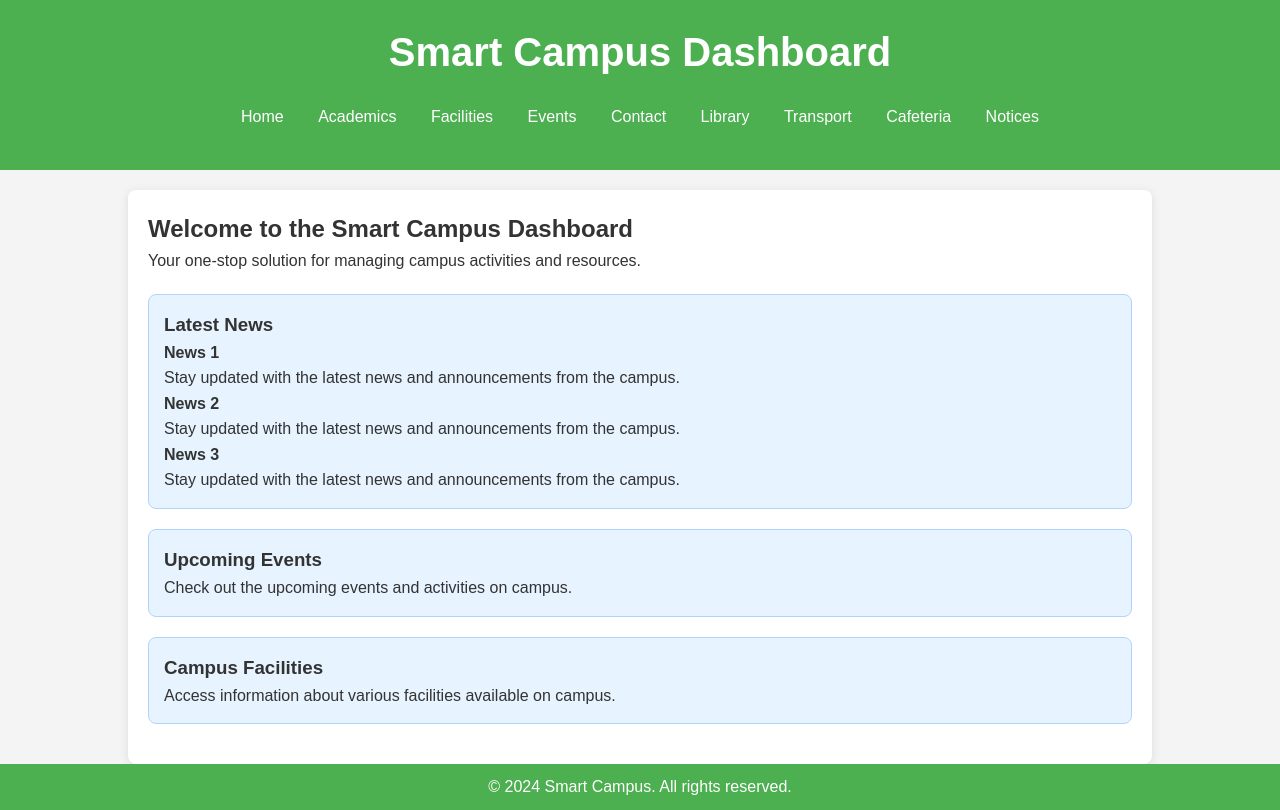
Repository: TejasS1233/MINITHON-hackathon-project
Page: Omar.html
These files come from the project's save history. The page is drawn as it stood at one moment and after the next save; the edit follows.
The browser window is 1280 px wide. The pictures show the whole page.

Above is the page before, as saved 2024-09-20 08:45:38.

After the next save:
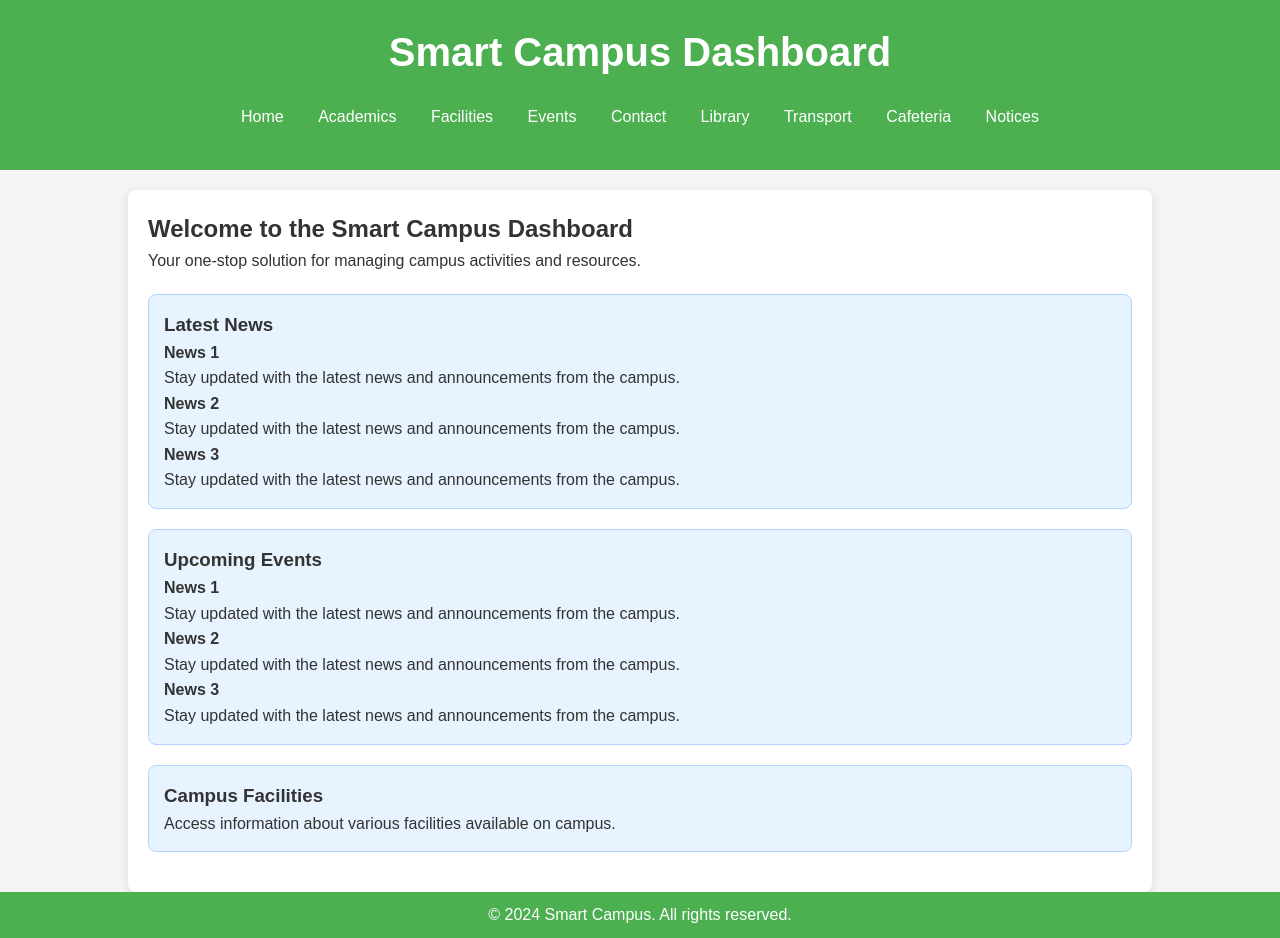
Saved 35 s later.
--- a/Omar.html
+++ b/Omar.html
@@ -85,7 +85,12 @@
 
     <div class="card">
         <h3>Upcoming Events</h3>
-        <p>Check out the upcoming events and activities on campus.</p>
+        <h4>News 1</h4>
+        <p>Stay updated with the latest news and announcements from the campus.</p>
+        <h4>News 2</h4>
+        <p>Stay updated with the latest news and announcements from the campus.</p>
+        <h4>News 3</h4>
+        <p>Stay updated with the latest news and announcements from the campus.</p>
     </div>
 
     <div class="card">
